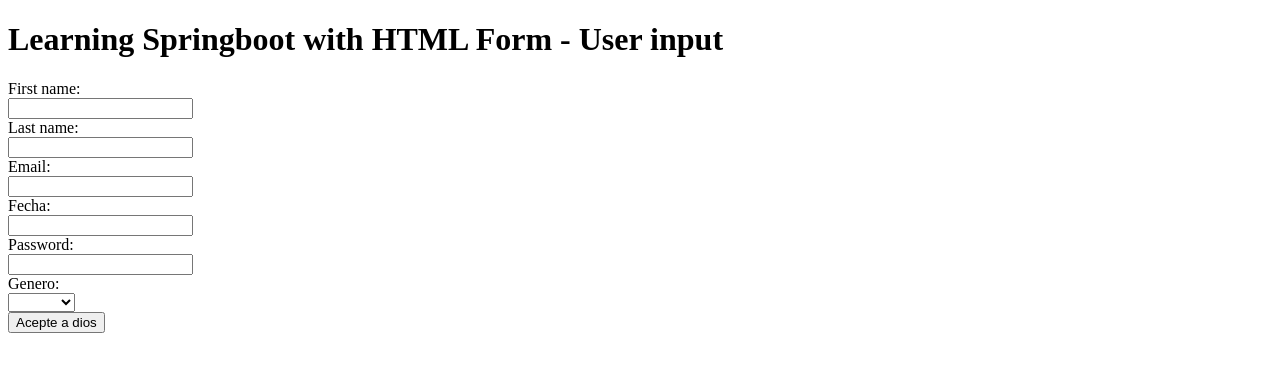
Repository: Clarkbas/Coding-Dojo-Java
Page: http://localhost/index
The author's editor kept a copy of each file at every save. The page is drawn from the files as they stood at one save, then again after the next save.
The browser window is 1280 px wide. The pictures show the whole page.
The page is this project's Thymeleaf template; nobody is signed in. The template is opened directly, without the code that normally fills it, so the values that code supplies are empty.

Above is the page before, as saved 2023-07-13 20:16:52.

### ProyectoFormulario/src/main/resources/templates/index.html
<!DOCTYPE html>
<html>
<head>
<meta charset="ISO-8859-1">
<title>Insert title here</title>
</head>
<body>
<h1> Learning Springboot with HTML Form - User input </h1>
<form action="register" method="post">
<label for="firstname"> First name:  </label> <br/>
<input type="text" name= "fname"/> <br/>

<label for="lastname"> Last name:  </label> <br/>
<input type="text" name= "lname"/> <br/>

<label for="email"> Email:  </label> <br/>
<input type="email" name= "email"/> <br/>

<label for="dob"> Fecha:  </label> <br/>
<input type="fecha" name= "dob"/> <br/>

<label for="password"> Password:  </label> <br/>
<input type="password" name= "Passwd"/> <br/>

<label for="genero"> Genero:  </label> <br/>
<select name= "genero">
	<option value=""></option>
	<option value="male">Male</option>
	<option value="female">Female</option>
</select>
<br/>
<button type= "submit"> Acepte a dios</button>

</form>


</body>
</html>

After the next save:
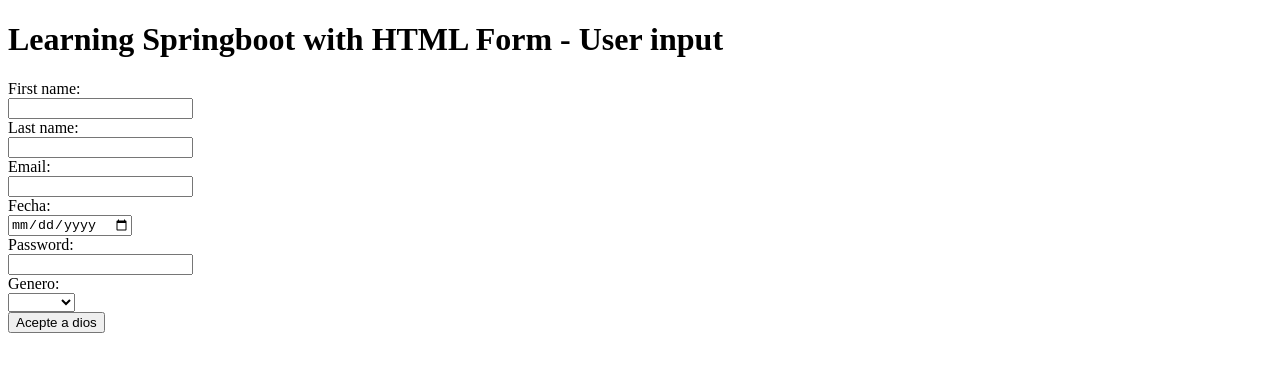
Saved 108 s later.
--- a/ProyectoFormulario/src/main/resources/templates/index.html
+++ b/ProyectoFormulario/src/main/resources/templates/index.html
@@ -17,7 +17,7 @@
 <input type="email" name= "email"/> <br/>
 
 <label for="dob"> Fecha:  </label> <br/>
-<input type="fecha" name= "dob"/> <br/>
+<input type="date" name= "dob"/> <br/>
 
 <label for="password"> Password:  </label> <br/>
 <input type="password" name= "Passwd"/> <br/>
